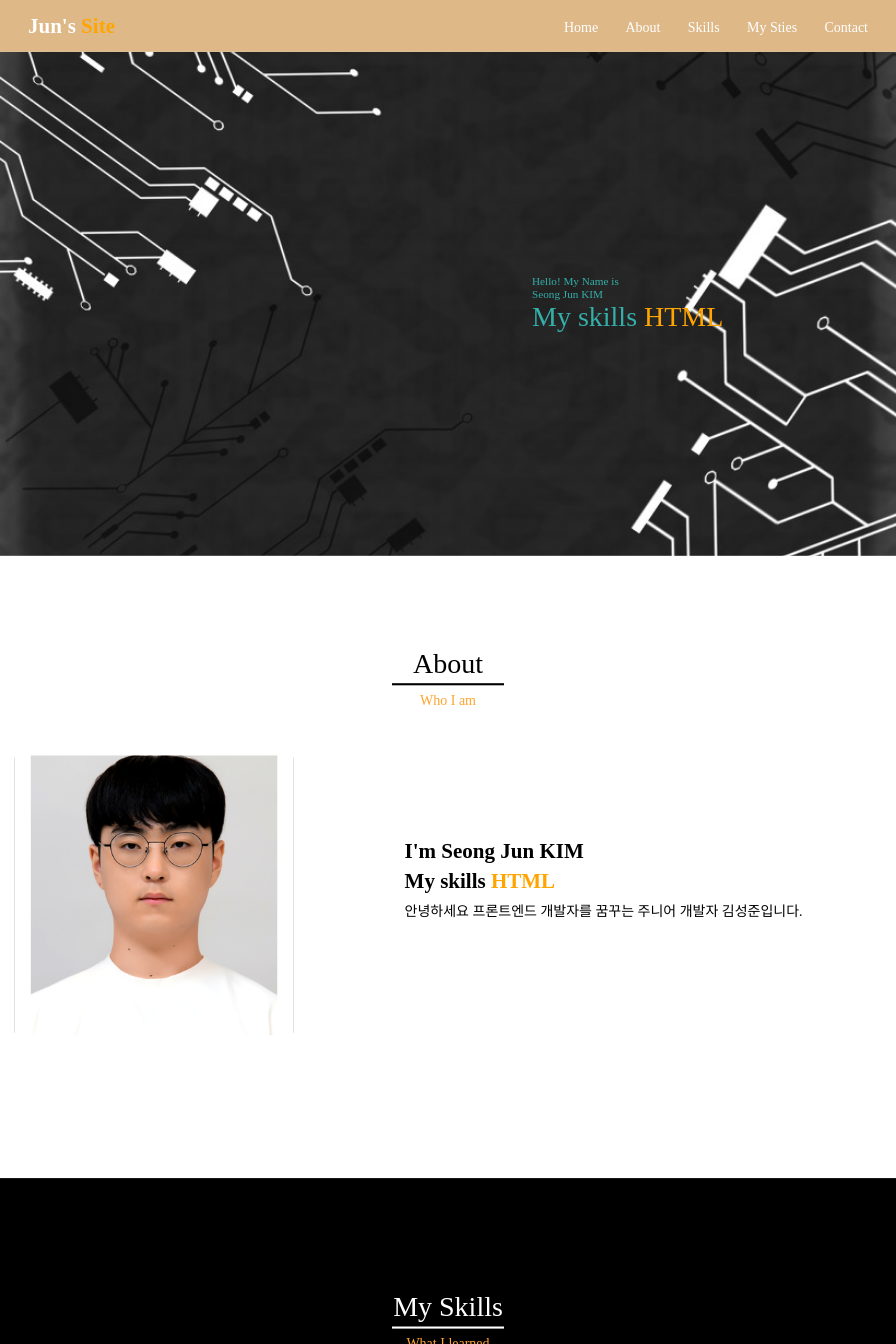
Repository: jun01270/jun
Page: index.html
The author's editor kept a copy of each file at every save. The page is drawn from the files as they stood at one save, then again after the next save.
The browser window is 1280 px wide. The pictures show the part of the page from y = 0 to 1920 px (the page is 3823 px tall), at 70% of full size.
Some web libraries are served in a nearby version.

Above is the page before, as saved 2023-05-11 17:49:17.

### index.html
<!DOCTYPE html>
<html lang="en">
  <head>
    <meta charset="UTF-8" />
    <meta http-equiv="X-UA-Compatible" content="IE=edge" />
    <meta name="viewport" content="width=device-width, initial-scale=1.0" />
    <link rel="stylesheet" href="./css/style.css" />
    <link rel="stylesheet" href="./css/home.css" />
    <link rel="stylesheet" href="./css/about.css" />
    <link rel="stylesheet" href="./css/skills.css" />
    <link rel="stylesheet" href="./css/mysites.css" />
    <link rel="stylesheet" href="./css/contact.css" />

    <script
      src="https://kit.fontawesome.com/252eac6dbf.js"
      crossorigin="anonymous"
    ></script>
    <title>Jun's site</title>
  </head>
  <body>
    <nav class="navbar">
      <div class="max-width">
        <div class="logo">
          <a href="#home">Jun's <span>Site</span></a>
        </div>
        <ul class="menu-bar">
          <li><a href="#home" class="menu-btn" id="homeID">Home</a></li>
          <li><a href="#about" class="menu-btn" id="homeID">About</a></li>
          <li><a href="#skills" class="menu-btn">Skills</a></li>
          <li><a href="#my-sites" class="menu-btn">My Sties</a></li>
          <li><a href="#contact" class="menu-btn">Contact</a></li>
        </ul>
      </div>
    </nav>

    <!--home섹션-->
    <section class="home" id="home">
      <div class="max-width">
        <div class="home-section">
          <div class="text-1">Hello! My Name is</div>
          <div class="text-2">Seong Jun KIM</div>
          <div class="text-3">My skills <span class="typing1">HTML</span></div>
        </div>
      </div>
    </section>

    <!--about섹션-->
    <section class="about" id="about">
      <div class="max-width">
        <h2 class="title">About</h2>
        <div class="about-content">
          <div class="left-column"><img src="./img/profile.jpg" /></div>
          <div class="right-column">
            <div class="about-text">I'm Seong Jun KIM</div>
            <div class="about-skills">
              My skills <span class="typing2">HTML</span>
            </div>
            <p>
              안녕하세요 프론트엔드 개발자를 꿈꾸는 주니어 개발자 김성준입니다.
            </p>
          </div>
        </div>
      </div>
    </section>

    <!--skills섹션-->
    <section class="skills" id="skills">
      <div class="max-width">
        <h2 class="title">My Skills</h2>
        <div class="skills-content">
          <div class="left-column">
            <div class="skills-text">
              <div class="sub-title">My skills & Experience</div>
              <p>HTML, Css, js , react를 다루고 있습니다.</p>
            </div>
          </div>
          <div class="right-column">
            <div class="bars">
              <div class="bars-content">
                <span>HTML</span>
                <span>90%</span>
              </div>
              <div class="line html"></div>
            </div>
            <div class="bars">
              <div class="bars-content">
                <span>Css</span>
                <span>80%</span>
              </div>
              <div class="line css"></div>
            </div>
            <div class="bars">
              <div class="bars-content">
                <span>JavaScript</span>
                <span>80%</span>
              </div>
              <div class="line js"></div>
            </div>
            <div class="bars">
              <div class="bars-content">
                <span>React</span>
                <span>80%</span>
              </div>
              <div class="line react"></div>
            </div>
          </div>
        </div>
      </div>
    </section>

    <!--My sties섹션-->
    <section class="my-sites">
      <div class="max-width">
        <h2 class="title">My Sites</h2>
        <div class="my-sites-content">
          <div class="left-column">
            <a href="https://web-jun.tistory.com/" target="_blank">
              <div class="site">
                <div class="site-images">
                  <img src="/img/blog.jpg" alt="" />
                  <div class="site-text">BLOG</div>
                  <p>개발하는 블로그입니다.</p>
                </div>
              </div>
            </a>
          </div>
          <div class="right-column">
            <a href="https://github.com/jun01270" target="_blank">
              <div class="site">
                <div class="site-images">
                  <img src="/img/github.jpg" alt="" />
                  <div class="site-text">BLOG</div>
                  <p>깃허브 사이트입니다.</p>
                </div>
              </div>
            </a>
          </div>
        </div>
      </div>
    </section>

    <!--Contact 섹션-->
    <section class="contact">
      <div class="max-width">
        <h2 class="title">Contact me</h2>
        <div class="contact-content">
          <div class="left column">
            <div class="contact-text">My information</div>
            <p>
              동양미래대학교 컴퓨터소프트웨어공학과를 졸업하여 프론트엔드
              개발자가 되고싶은 주니어 개발자입니다.
            </p>
            <div class="icons-content">
              <i class="fas fa-user"></i>
              <div class="info">
                <div class="head">Name</div>
                <div class="tail">Seong Jun KIM</div>
              </div>
            </div>
            <div class="icons-content">
              <i class="fas fa-envelope"></i>
              <div class="info">
                <div class="head">E-mail</div>
                <div class="tail">kimsj012731@gmail.com</div>
              </div>
            </div>
            <div class="icons-content">
              <i class="fas fa-map-marked-alt"></i>
              <div class="info">
                <div class="head">Address</div>
                <div class="tail">경기도 광명시</div>
              </div>
            </div>
          </div>
          <div class="right column">
            <div class="contact-text">Message Me!</div>
            <form action="#">
              <div class="fields">
                <div class="field name">
                  <input type="text" placeholder="Name" />
                </div>
                <div class="field Email">
                  <input type="email" placeholder="E-mail" />
                </div>
              </div>
              <div class="field subject">
                <input type="text" placeholder="Subject" />
              </div>
              <div class="field contact-area">
                <textarea
                  cols="30"
                  rows="10"
                  placeholder="Contact.. "
                  required
                ></textarea>
              </div>
              <div class="button">
                <button type="submit">Send Message</button>
              </div>
            </form>
          </div>
        </div>
      </div>
    </section>

    <!--Footer섹션-->
    <footer></footer>

    <!--JS섹션-->
  </body>
</html>

### css/style.css
@import url("https://fonts.googleapis.com/css2?family=Lora&display=swap");

* {
  margin: 0;
  padding: 0;
  box-sizing: border-box;
  text-decoration: none;
}

.home .about .skills .my-sites .contact {
  padding-top: 86px;
}

html {
  scroll-behavior: smooth;
}

.max-width {
  max-width: 1300px;
  padding: 0 20px;
  margin: auto;
}

.section {
  padding: 100px 0;
}

/* .about, .skills, .my-sites, .contact, .footer{
    //폰트삽입
} */

.about .title,
.skills .title,
.my-sites .title,
.contact .title {
  position: relative;
  text-align: center;
  font-size: 40px;
  font-weight: 500;
  margin: 30px 0 100px 0;
  padding-bottom: 8px;
}

.about .title::before,
.skills .title::before,
.my-sites .title::before,
.contact .title::before {
  content: "";
  position: absolute;
  bottom: 0px;
  left: 50%;
  width: 160px;
  height: 3px;
  background-color: black;
  transform: translateX(-50%);
}

.title::after {
  content: "";
  position: absolute;
  bottom: -38px;
  left: 50%;
  font-size: 20px;
  color: rgb(255, 164, 45);
  padding: 5px;
  background-color: white;
  transform: translateX(-50%);
}

.about .about-content,
.skills .skills-content,
.my-sites .my-sites-content,
.contact .contact-content {
  display: flex;
  align-items: center;
  flex-wrap: wrap;
  justify-content: space-between;
}

.navbar {
  position: relative;
  width: 100%;
  padding: 20px 0;
  z-index: 999;
  transition: all 0.3s ease;
  background-color: burlywood;
}

.navbar .max-width {
  display: flex;
  align-items: center;
  justify-content: space-between;
}

.navbar .logo {
  font-size: 30px;
  font-weight: 600;
  margin-left: 20px;
  color: black;
}

.navbar .logo a {
  color: white;
  text-decoration: none;
}

.navbar .logo a span {
  color: orange;
  transition: all 0.3s ease;
}

.navbar .menu-bar li {
  list-style: none;
  margin: 5px 20px 0 0;
  display: inline-block;
}

.navbar .menu-bar li a {
  display: block;
  text-decoration: none;
  font-size: 20px;
  font-weight: 500;
  margin-left: 15px;
  transition: all 0.3s ease;
}

.menu-bar li:hover {
  background-color: orange;
  border-radius: 3px;
}

.navbar.sticky {
  padding: 20px 0;
  background-color: black;
}

.navbar.sticky .logo a span {
  color: white;
}

.navbar.sticky .menu-bar li a:hover {
  color: white;
}

.navbar .menu-btn {
  color: white;
  font-size: 25px;
  display: none;
  cursor: pointer;
}

@media screen and (max-width: 700px) {
  .navbar {
    flex-direction: column;
    align-items: flex-start;
    margin: 0;
  }

  .menu-bar {
    flex-direction: column;
    align-items: center;
    width: 100%;
  }

  .menu-bar li {
    width: 100%;
    text-align: center;
  }
}

### css/home.css
.home {
  display: flex;
  height: 100vh;
  min-height: 500px;
  color: rgb(52, 175, 169);
  background: url("../img/back.jpg") no-repeat center;
  background-size: cover;
}

.home .max-width {
  margin: auto 0 auto 40px;
}

.home .home-section {
  margin-left: 700px;
}

.home .home-section .text1 {
  font-size: 30px;
}

.home .home-section .text2 {
  font-size: 75px;
  font-weight: 600;
}

.home .home-section .text-3 {
  font-size: 40px;
}

.home .home-section .text-3 span {
  color: orange;
  font-weight: 500;
}

### css/about.css
.about {
  padding: 100px 0;
  transition: all 0.3s ease;
}

.about .title::after {
  content: "Who I am";
  background-color: white;
}

.about .about-content {
  margin-bottom: 100px;
}

.about .about-content .left-column {
  width: 45%;
}

.about .about-content .left-column img {
  height: 400px;
  width: 400px;
  object-fit: cover;
  border-radius: 6px;
}

.about .about-content .right-column {
  width: 55%;
  margin-bottom: 50px;
}

.about .about-content .right-column .about-text,
.about .about-content .right-column .about-skills {
  font-size: 30px;
  font-weight: 600;
  margin-bottom: 10px;
}

.about .about-content .right-column .about-skills span {
  color: orange;
}

.about .about-content .right-column P {
  text-align: justify;
  font-size: 20px;
}

### css/skills.css
.skills {
  padding: 100px 0;
  transition: all 0.3s ease;
}

.skills .title {
  padding-top: 30px;
}

.skills .title::before {
  background-color: white;
}

.skills .title::after {
  content: "What I learned";
  background-color: black;
}

.skills {
  color: white;
  background-color: black;
  padding-bottom: 100px;
}

.skills .sub-title {
  font-size: 30px;
  font-weight: 600;
  padding-bottom: 10px;
}

.skills .skills-content .left-column,
.skills .skills-content .right-column {
  width: calc(50% - 30px);
}

.skills .skills-content .left-column .skills-text {
  font-size: 23px;
  font-weight: 300;
  margin: 0 0 20px 10px;
  text-align: justify;
}

.skills .skills-content .left-column p {
  font-size: 20px;
}

.skills .skills-content .right-column .bars {
  margin-bottom: 15px;
}

.skills .skills-content .right-column .bars-content {
  display: flex;
  margin-bottom: 5px;
  align-items: center;
  justify-content: space-between;
}

.skills .skills-content span {
  font-size: 23px;
  font-weight: 600;
}

.skills .skills-content .right-column .line {
  height: 5px;
  background-color: white;
  width: 100%;
  position: relative;
}

.skills .skills-content .right-column .line::before {
  content: "";
  position: absolute;
  height: 100%;
  left: 0;
  top: 0;
  background-color: crimson;
}

.skills .skills-content .right-column .html::before {
  width: 90%;
}

.skills .skills-content .right-column .css::before {
  width: 65%;
}

.skills .skills-content .right-column .js::before {
  width: 68%;
}

.skills .skills-content .right-column .react::before {
  width: 80%;
}

### css/mysites.css
.my-sites {
  padding: 100px 0;
  transition: all 0.3s ease;
}

.my-sites .title::after {
  content: "What Is My Site ";
}

.my-sites .my-sites-content {
  margin-bottom: 100px;
}

.my-sites .my-sites-content .left-column {
  margin-left: 20%;
}

.my-sites .my-sites-content .right-column {
  margin-right: 20%;
}

.my-sites .my-sites-content a {
  display: flex;
  text-align: center;
  color: black;
}

.my-sites .my-sites-content a,
.my-sites .my-sites-content a:visited,
.my-sites .my-sites-content a:active,
.my-sites .my-sites-content a:hover {
  text-decoration: none;
}

.my-sites .my-sites-content .site {
  background-color: white;
  border-radius: 6px;
  padding: 25px 35px;
  transition: all 0.3s ease;
}

.my-sites .my-sites-content .site img {
  height: 150px;
  width: 150px;
  object-fit: cover;
  border-radius: 50%;
  border: 5px solid rgb(255, 164, 45);
  transition: all 0.3 ease;
}

.my-sites .my-sites-content .site-text {
  font-size: 25px;
  font-weight: 600;
}

.my-sites .my-sites-content p {
  font-size: 18px;
  text-align: justify;
}

.my-sites .my-sites-content .site:hover {
  background-color: rgb(25, 8, 53);
  color: white;
  transform: scale(1.05);
}

.my-sites .my-sites-content .site:hover img {
  border-color: white;
}

### css/contact.css
.contact {
  color: white;
  background-color: rgb(25, 8, 53);
  padding-bottom: 50px;
  padding: 100px 0;
  transition: all 0.3s ease;
}

.contact .title {
  padding-top: 40px;
  margin-bottom: 120px;
  color: white;
}

.contact .title::before {
  background-color: white;
}

.contact .title::after {
  content: "How to Contact Me";
  background-color: rgb(25, 8, 53);
}

.contact .contact-content .column {
  width: 45%;
}

.contact .contact-content .contact-text {
  font-size: 25px;
  font-weight: 600;
  padding-bottom: 10px;
}

.contact .contact p {
  font-size: 15px;
  text-align: justify;
}

.contact .contact-content .left .icons {
  margin: 15px 0;
}

.contact .contact-content .icons-content {
  display: flex;
  align-items: center;
  height: 60px;
}

.contact .contact-content .icons-content i {
  margin-right: 20px;
  font-size: 25px;
  color: rgb(255, 164, 45);
}

.contact .contact-content .icons-content .info .head {
  font-weight: 600;
  font-size: 15px;
}

.contact .contact-content .icons-content .info .tail {
  color: rgb(230, 220, 220);
}

.contact .contact-content .fields {
  display: flex;
}

.contact .contact-content .field,
.contact .contact-content .fields .field {
  height: 40px;
  width: 100%;
  margin-bottom: 15px;
}

.contact .contact-content .right {
  margin-bottom: 50px;
}

.contact .contact-content .right .contact-area {
  height: 80px;
  width: 100%;
}

.contact .right form .name {
  margin-right: 10px;
}

.contact .right form .email {
  margin-left: 10px;
}

.contact .right form .field input,
.contact .right form .contact-area textarea {
  height: 100%;
  width: 100%;
  border: 1px solid rgb(255, 164, 45);
  border-radius: 6px;
  outline: none;
  padding: 0 15px;
  font-size: 15px;
}

.contact .right form .contact-area textarea {
  padding-top: 10px;
  resize: none;
}

.contact .right form .button {
  height: 40px;
  width: 120px;
}

.contact .right form .button button {
  width: 100%;
  height: 100%;
  border: 2px solid rgb(255, 164, 45);
  background-color: rgb(255, 164, 45);
  border-radius: 6px;
  font-size: 15px;
  font-weight: 600;
  transition: all 0.3s ease;
}

.contact .right form .button button:hover {
  color: rgb(255, 164, 45);
  background: none;
}

After the next save:
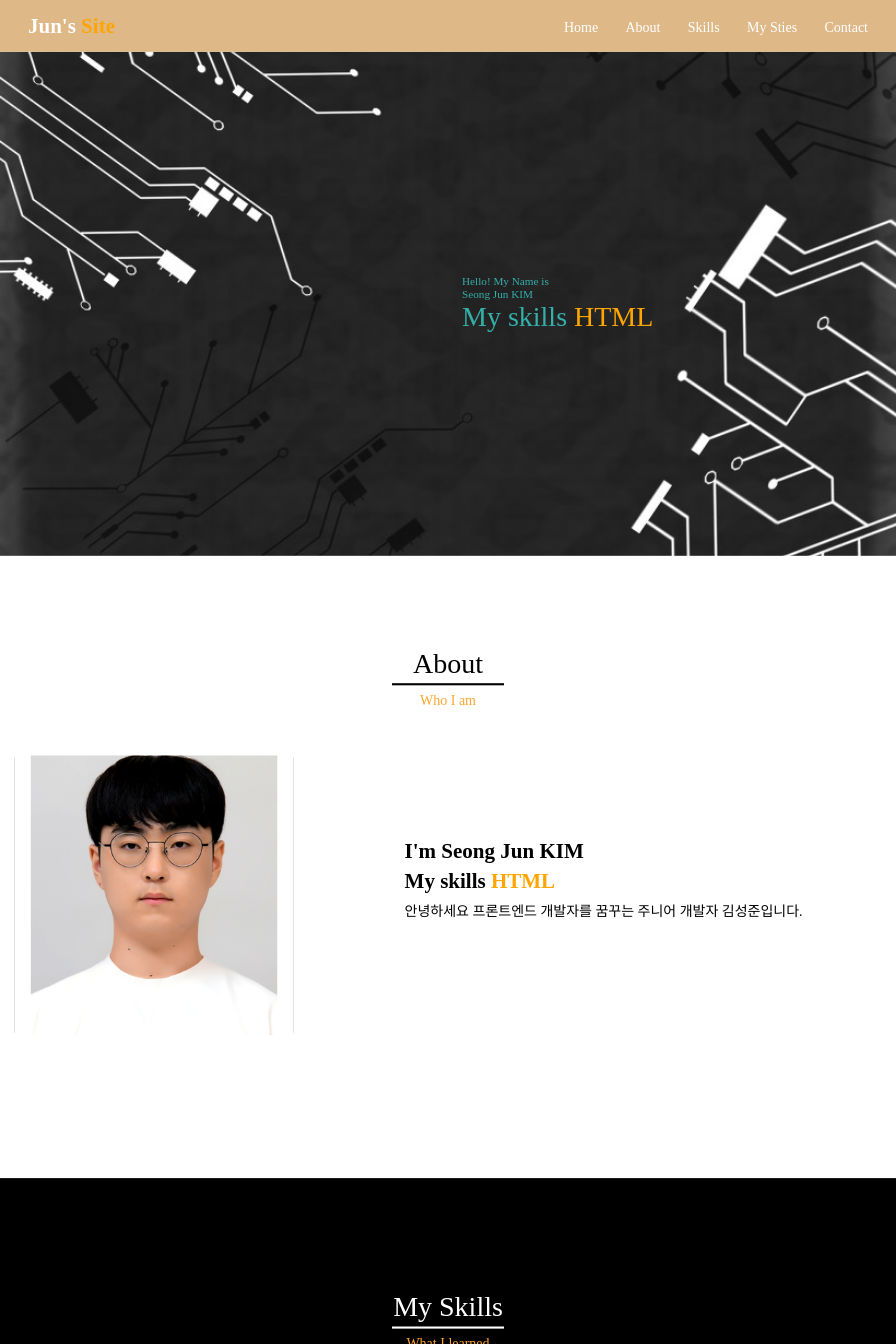
Saved 5 s later.
--- a/css/home.css
+++ b/css/home.css
@@ -12,7 +12,7 @@
 }
 
 .home .home-section {
-  margin-left: 700px;
+  margin-left: 600px;
 }
 
 .home .home-section .text1 {
